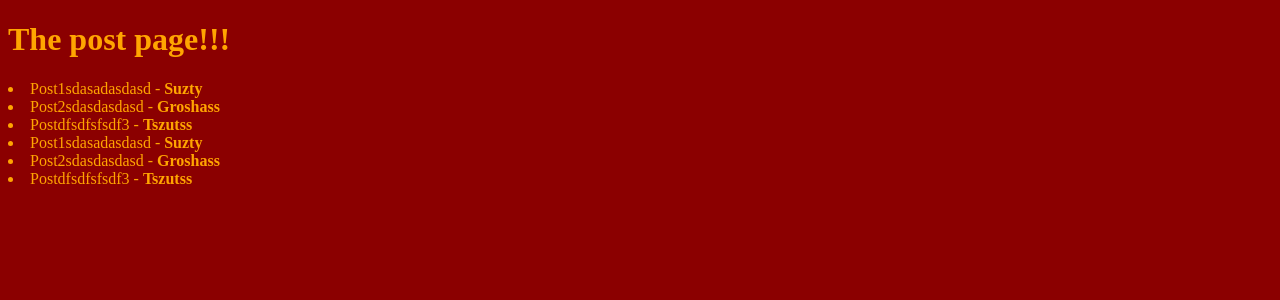
Repository: Puritanic/node_projects
Page: http://localhost/posts
The author's editor kept a record of every edit. The page is drawn from the files as they stood at one moment, then again after the next edit.
The browser window is 1280 px wide. The pictures show the whole page.
The page is served by the project's Node server (expressRender/app.js).

Above is the page before.

After the next edit:
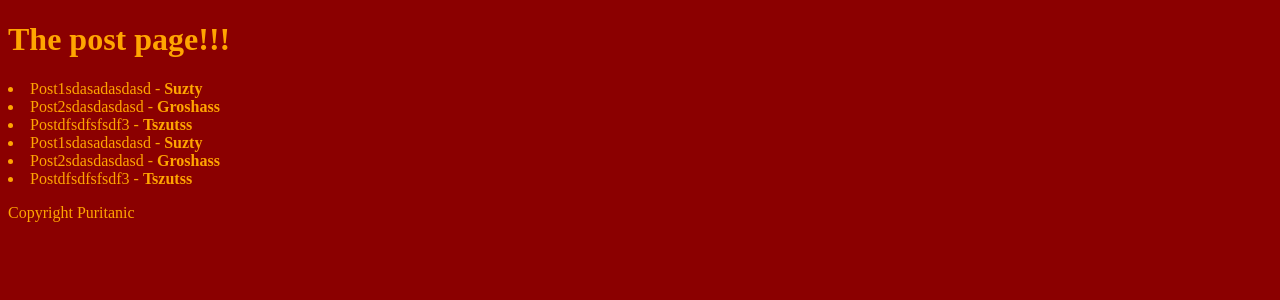
The edit:
--- a/expressRender/views/posts.ejs
+++ b/expressRender/views/posts.ejs
@@ -13,3 +13,5 @@
          <%= post.title %> - <strong><%= post.author %></strong>
      </li>
  <% }) %>
+
+ <% include partials/footer %>
